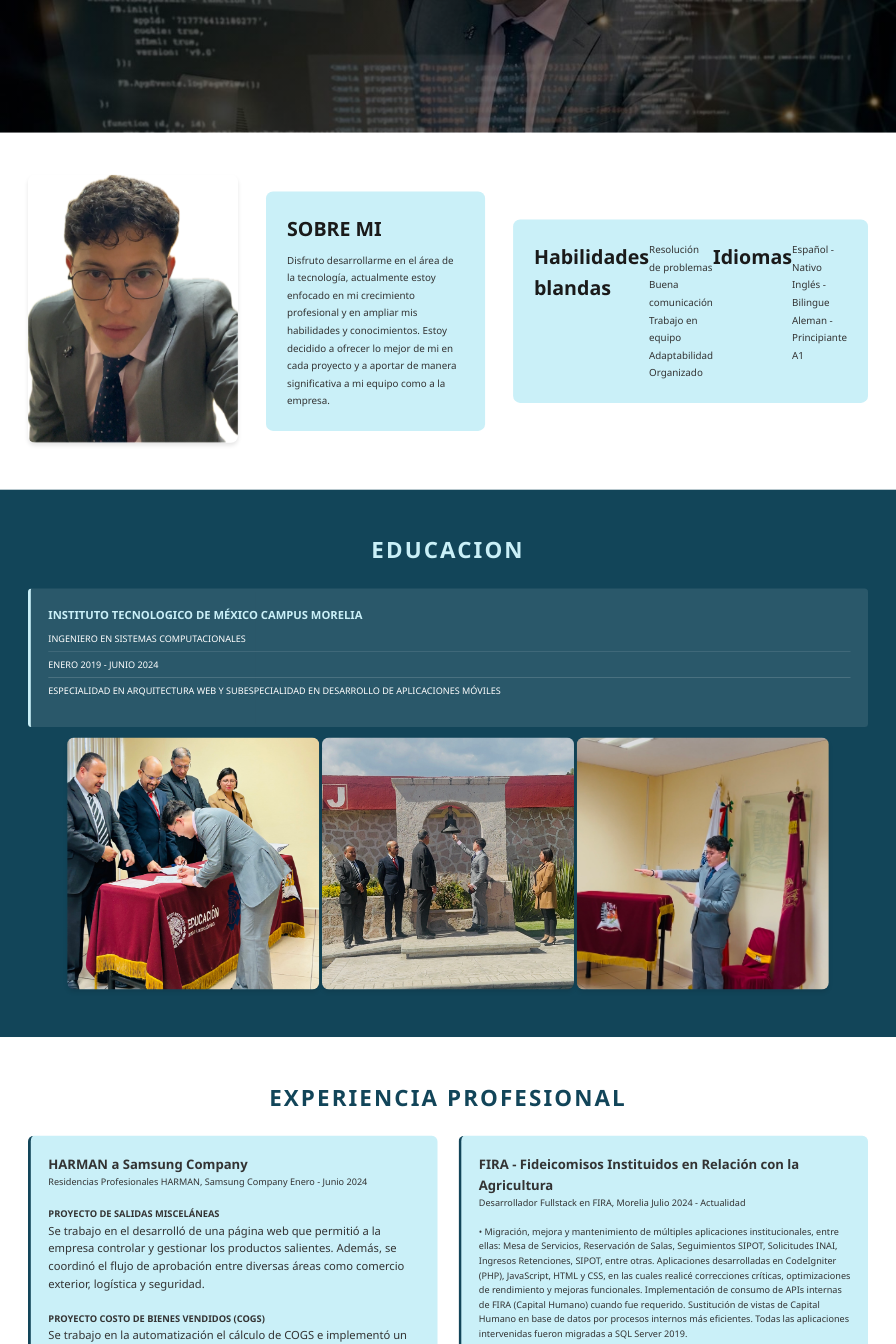
Repository: rafaelsilva2k/mi-portafolio
Page: index.html
These files come from the project's save history. The page is drawn as it stood at one moment and after the next save; the edit follows.
The browser window is 1280 px wide. The pictures show the part of the page from y = 411 to 2331 px (the page is 3313 px tall before and 3636 px after), at 70% of full size.

Above is the page before, as saved 2026-04-17 13:32:34.

After the next save:
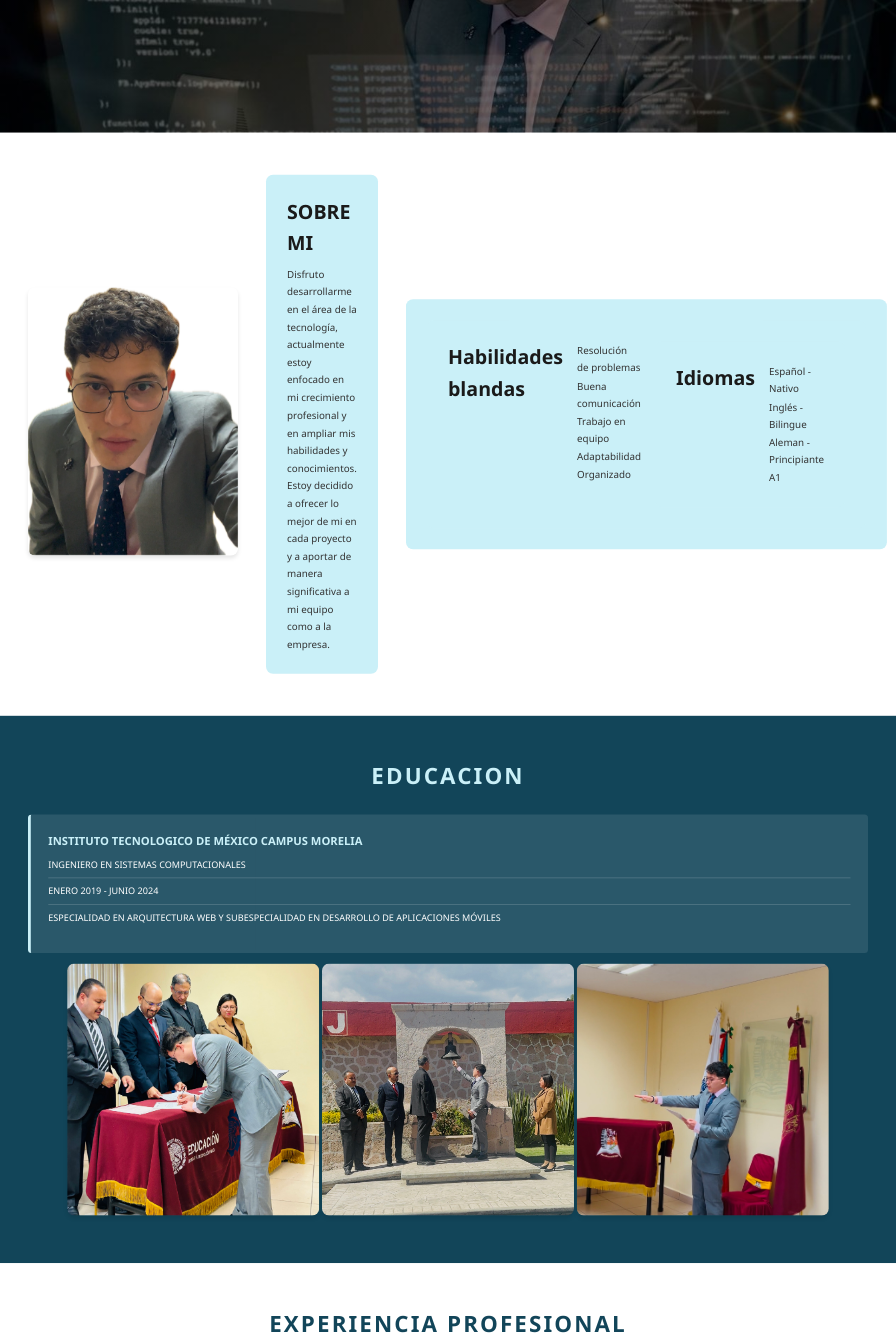
Saved 5 s later.
--- a/styles.css
+++ b/styles.css
@@ -160,7 +160,15 @@ body {
 }
 
 .sobre-mi-habilidades {
-    display: flex;
+    flex: 1;  /* Ocupa el espacio restante */
+    background-color: var(--color-primary);
+    padding: 30px;
+    border-radius: 10px;
+
+    /* FLEXBOX AQUÍ - para alinear habilidades e idiomas lado a lado */
+    display: flex;
+    gap: 20px;
+    align-items: flex-start;
 }
 
 /* ============================================
